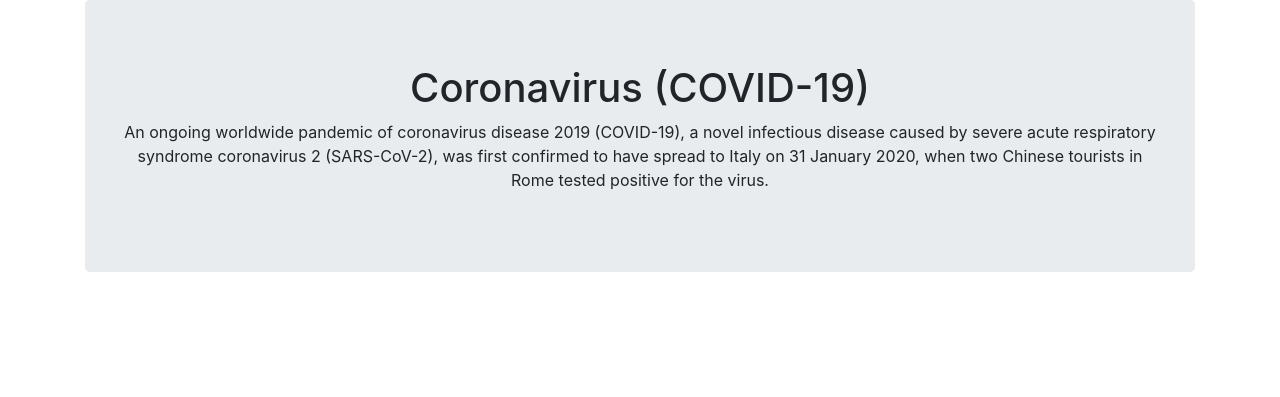
Repository: ahmadsaadkhan/react-covid-app
Page: /
The author's editor kept a copy of each file at every save. The page is drawn from the files as they stood at one save, then again after a run of saves.
The browser window is 1280 px wide. The pictures show the whole page.
The page's requests for data from a server got no answer. The project was rebuilt for these pictures with package versions that can differ from the ones it lists, and the page was loaded fresh each time. No one was signed in, and anything a server would have sent is missing.

Above is the page before, as saved 2021-04-19 15:47:41.

After the next 2 saves:
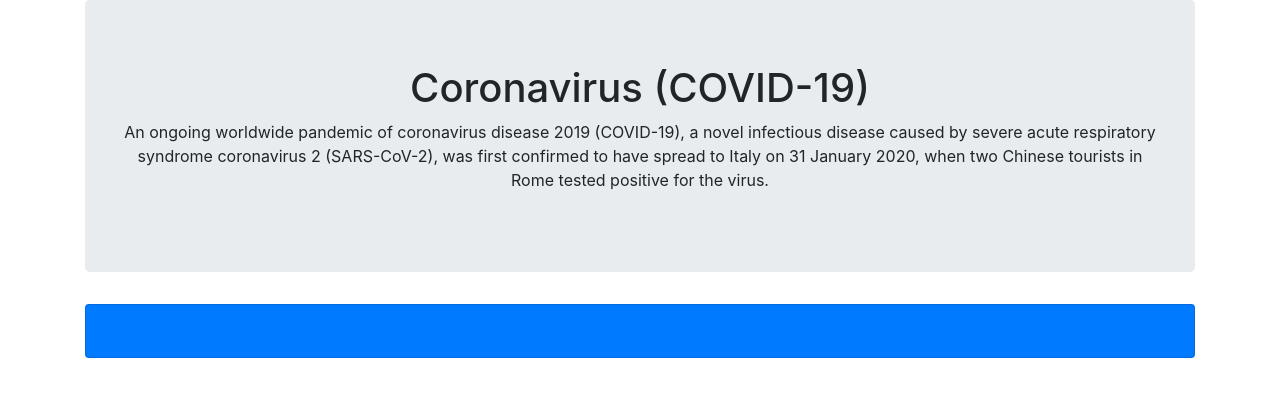
The 2 saves are shown as one change because 1 did not build or start.
The last was saved 3 min 13 s later.
--- a/src/App.js
+++ b/src/App.js
@@ -36,11 +36,16 @@ function App() {
     <div className="App">
       <div className="container">
 
-      <div class="jumbotron text-center">
-      <h1>Coronavirus (COVID-19)</h1>
-      <p>An ongoing worldwide pandemic of coronavirus disease 2019 (COVID-19), a novel infectious disease caused by severe acute respiratory syndrome coronavirus 2 (SARS-CoV-2), was first confirmed to have spread to Italy on 31 January 2020, when two Chinese tourists in Rome tested positive for the virus.</p>
-      </div>
-      {Covid_Data && <h2 className="text-danger">Total Cases:::::: {Covid_Data[0].TotalCases}</h2>}
+        <div class="jumbotron text-center">
+          <h1>Coronavirus (COVID-19)</h1>
+          <p>An ongoing worldwide pandemic of coronavirus disease 2019 (COVID-19), a novel infectious disease caused by severe acute respiratory syndrome coronavirus 2 (SARS-CoV-2), was first confirmed to have spread to Italy on 31 January 2020, when two Chinese tourists in Rome tested positive for the virus.</p>
+        </div>
+        <div class="card text-white bg-primary mb-3">
+          <div class="card-body">
+            <h5 class="card-title"> {Covid_Data && Covid_Data[0].TotalCases}</h5>
+          </div>
+        </div>
+
       </div>
     </div>
   );
